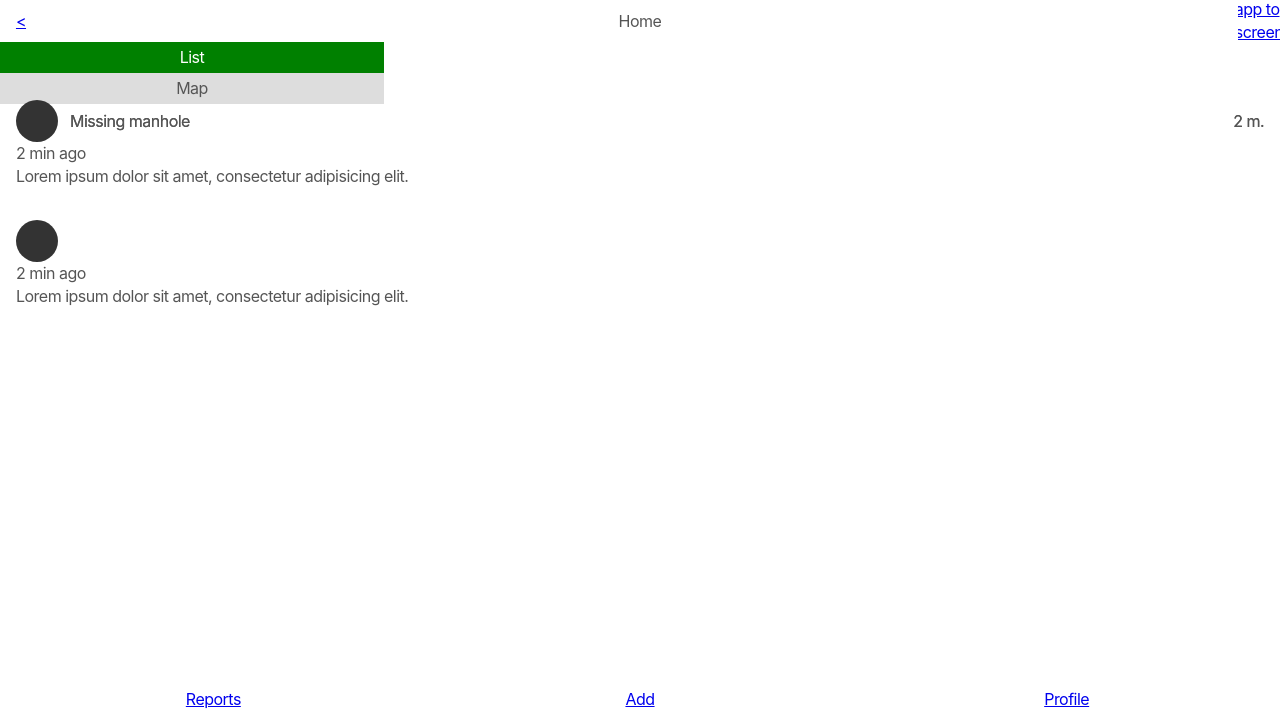
Repository: aleksandrenko/html-css-playground
Page: reports.html
The author's editor kept a copy of each file at every save. The page is drawn from the files as they stood at one save, then again after the next save.
The browser window is 1280 px wide. The pictures show the whole page.

Above is the page before, as saved 2018-01-19 17:44:46.

After the next save:
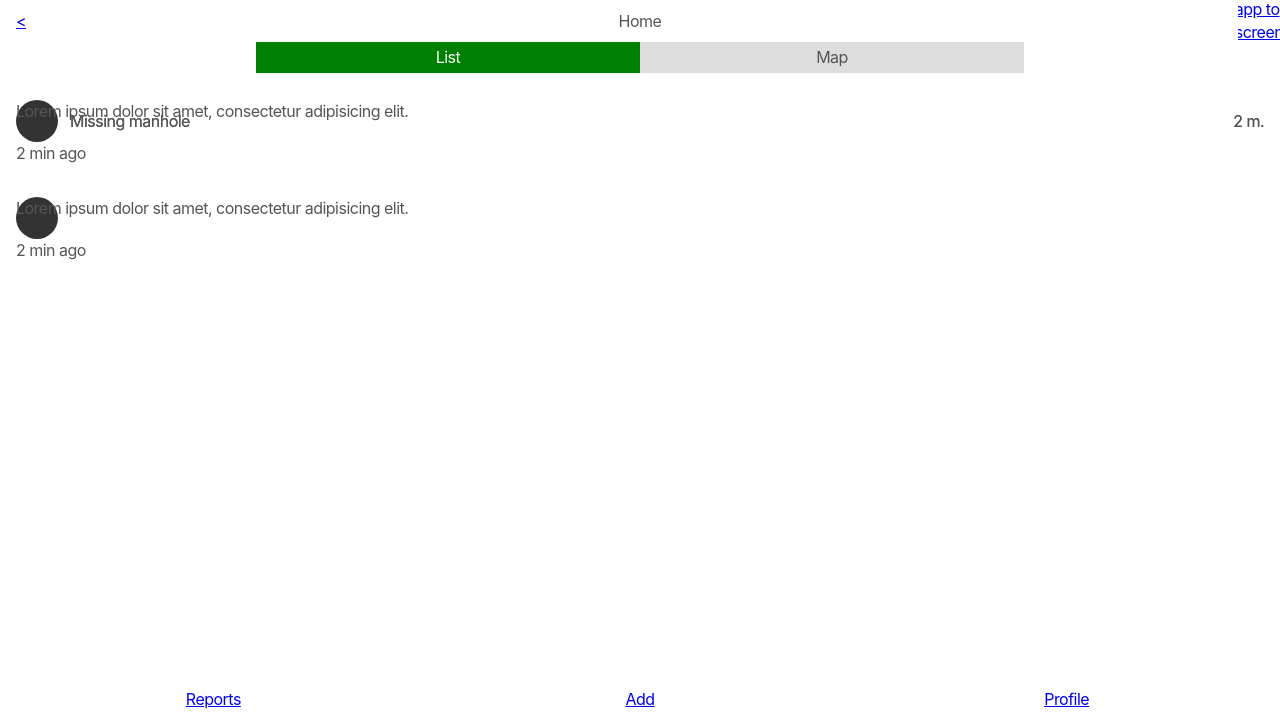
Saved 4 s later.
--- a/css/pages/reports.css
+++ b/css/pages/reports.css
@@ -33,7 +33,9 @@ reports report distance {
   right: 1rem;
 }
 
-reports report comment
+reports report comment {
+  position: absolute;
+}
 
 sub-header views {
   display: flex;
